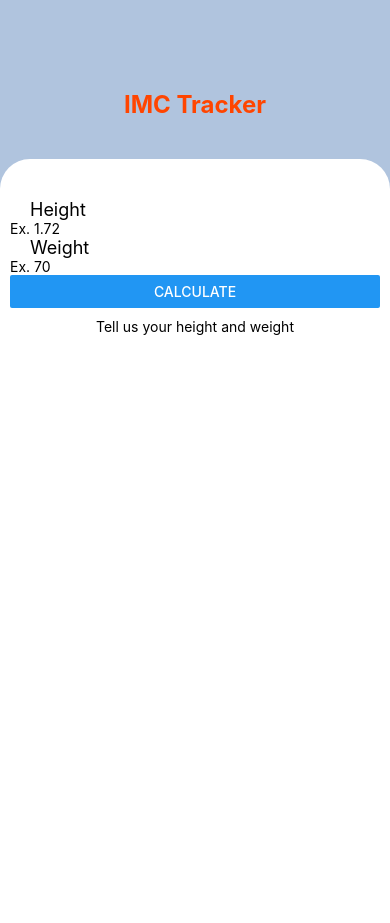
Repository: rubenmatias08/IMCTracker
Screen: /
These files come from the project's save history. The screen is drawn as it stood at one moment and after the next save; the edit follows.
The app was drawn by React Native's web renderer in a window 390 px wide. The project was rebuilt for these pictures with package versions that can differ from the ones it lists, and the page was loaded fresh each time.

Above is the screen before, as saved 2024-03-10 19:10:08.

### App.js
import { StyleSheet, View } from 'react-native';
import Title from './src/components/Title';
import Form from './src/components/Form/index'

export default function App() {
  return (
    <View style={styles.container}>
      <Title/>
      <Form />
    </View>
  );
}

const styles = StyleSheet.create({
  container: {
    flex: 1,
    backgroundColor: '#B0C4DE',
    paddingTop: 80,

  },
});



/*
   alignItems: 'center',
    justifyContent: 'center',

*/

### src/components/Title/index.js
import React from "react";
import { View,Text } from "react-native"; //Componentes
import styles from "./style";

export default function Title(){
    return(
        <View style={styles.boxTitle}>
            <Text style={styles.textTitle}>IMC Tracker</Text>
        </View>
    )
}

//Para aplicar a estilização colocamos: style={nomedoficheiroimportado.propriedadeJSON}

### src/components/Form/index.js
import React , {useState} from "react";
import { TextInput, View, Text, Button } from "react-native";
import ResultIMC from "./ResultIMC";
import styles from "./style";


export default function Form(){

    const [height, setHeight] = useState(null); // Altura
    const [weight, setWeight] = useState(null); // Peso
    const [messageIMC, setmessageIMC] = useState("Tell us your height and weight"); // Mensagem que contem o resultado
    const [imc,setIMC] = useState(null); // valor do IMC
    const [textButton, setTextButton] = useState("Calculate"); //

    //Calcular o imc é altura x altura a dividir por peso
    //E vamos querer que nos retorne o resultado (toFixed) que é para vir com 2 casas decimais apenas.
    function CalculatorIMC(){
        return setIMC((weight / (height * height)).toFixed(2))
    }

    //Caso os valores tiverem sido preenchidos ele valida, caso contrário temos de avisar o usuário para preencher os dados de altura e peso.
    //Aqui com a condição é: Caso os valores de height e weight sejam diferentes de null, ou seja, estão preenchidos... Chama a função CalculatorIMC() que fará o calculo que depois nos dá o resultado.
    function ValidationIMC(){
        if(height != null && weight != null){
            CalculatorIMC() //Função do calculo
            setHeight(null) //Reset de height para que se faça depois um novo calculo
            setWeight(null) //Reset de weight para que se faça depois um novo calculo
            setmessageIMC("Your IMC is:") //Mensagem para apresentar o resultado
            setTextButton("Calculate again") //Botão com mensagem
            return //Depois de tudo isto... Retorna-nos.
        }
        setIMC(null) //caso o peso e altura sejam nulos, colocamos o imc como nulo também para que não haja resposta de possiveis calculos anteriores
        setTextButton("Calculate") //Para voltar a apresentar o texto original
        setmessageIMC("Tell us your height and weight") //Para voltar a apresentar o texto original

    }


    return(
        <View style={styles.formContent}>
            <View style={styles.form}>
                <Text style={styles.formLabel}>Height</Text>
                <TextInput
                onChangeText={setHeight}
                value={height}
                placeholder="Ex. 1.72"
                keyboardType="numeric"
                />

                <Text style={styles.formLabel}>Weight</Text>
                <TextInput
                onChangeText={setWeight}
                value={weight}
                placeholder="Ex. 70"
                keyboardType="numeric"
                />

                <Button
                onPress={() => ValidationIMC()}
                title={textButton}/>

            </View>
            <ResultIMC messageResultImc={messageIMC} resultImc={imc}/>
        </View>
    )
}

//O keyboardType indica qual o tipo de teclado que ele vai abrir
//No <ResultIMC> leva duas props com propriedades dinamicas.

### src/components/Title/style.js
import { StyleSheet } from "react-native";

const styles = StyleSheet.create( {
    boxTitle: {
        alignItems: "center",
        justifyContent: "center",
        padding: 10,
    },
    textTitle: {
        color:"#FF4500",
        fontSize:24,
        fontWeight:"bold"
    }
});

export default styles;

### src/components/Form/ResultIMC/index.js
import React from "react";
import { View , Text } from "react-native";

export default function ResultIMC(props){
    return(
        <View>
            <Text>{props.messageResultImc}</Text>
            <Text>{props.resultImc}</Text>
        </View>
    )
}

//Neste componente vai ser mostrado o resultado do valor de IMC e uma mensagem com o valor desse IMC.

### src/components/Form/style.js
import { StyleSheet } from "react-native";

const styles = StyleSheet.create( {
    formContent: {
        width:"100%",
        height:"100%",
        bottom:0,
        backgroundColor:"#ffffff",
        alignItems:"center",
        borderTopLeftRadius:30,
        borderTopRightRadius:30,
        marginTop:30
    },
    form: {
        width:"100%",
        height:"auto", //Colocando auto, ao colocar novos items ao conteudo ele ajusta.
        marginTop:30,
        padding:10
    },
    formLabel:{
        color:"#000000",
        fontSize:18,
        paddingLeft:20,
    },
    input:{
        width:"90%",
        borderRadius:50,
        backgroundColor:"#f6f6f6",
        height:40,
        margin:12,
        paddingLeft:10,
    }
});

export default styles;

After the next save:
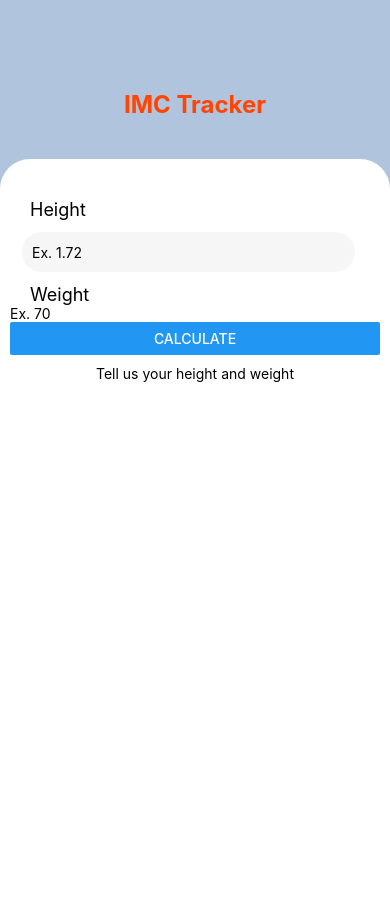
Saved 21 s later.
--- a/src/components/Form/index.js
+++ b/src/components/Form/index.js
@@ -40,7 +40,7 @@ export default function Form(){
         <View style={styles.formContent}>
             <View style={styles.form}>
                 <Text style={styles.formLabel}>Height</Text>
-                <TextInput
+                <TextInput style = {styles.input}
                 onChangeText={setHeight}
                 value={height}
                 placeholder="Ex. 1.72"
